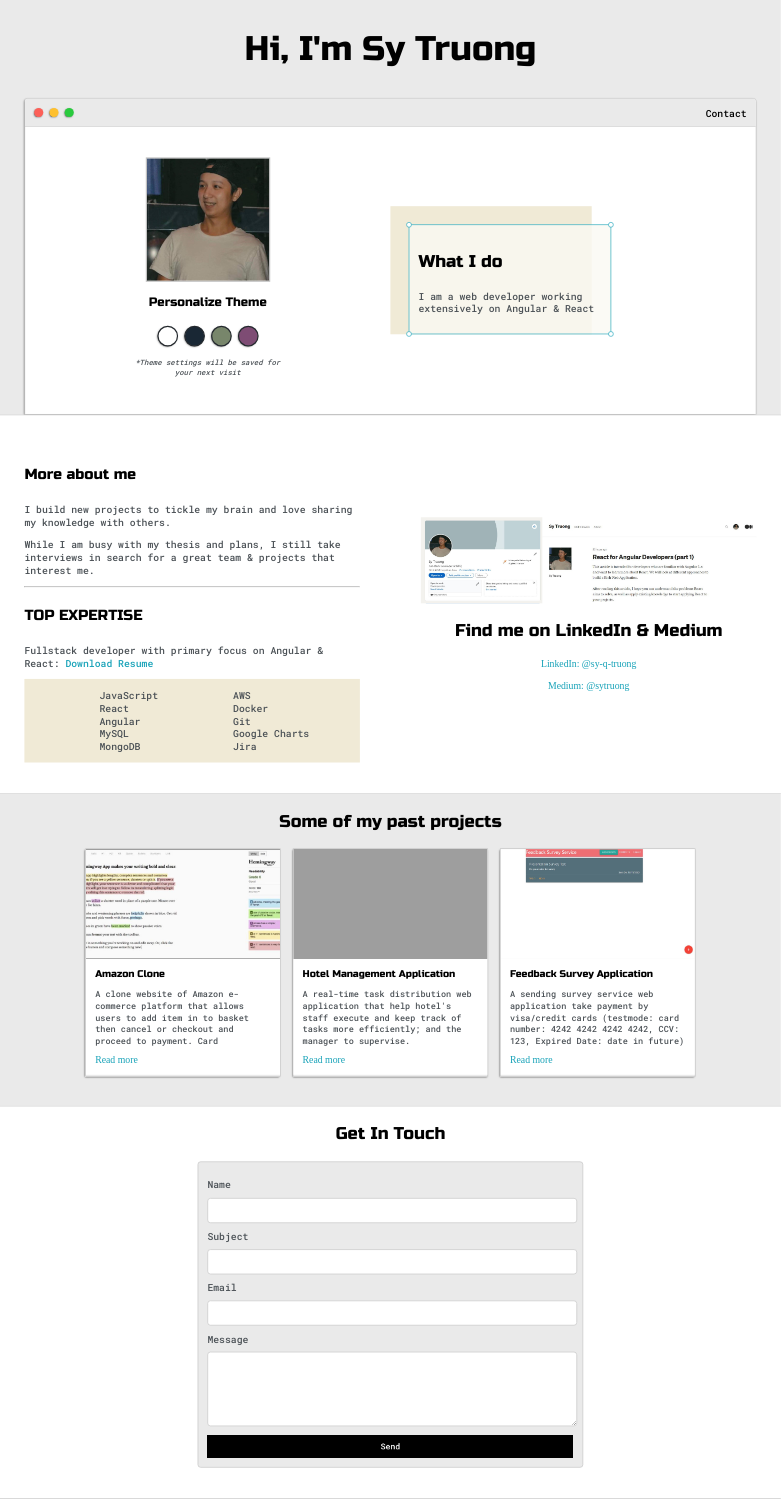
Repository: syytruong/porfolio
Page: index.html
The author's editor kept a copy of each file at every save. The page is drawn from the files as they stood at one save, then again after a run of saves.
The browser window is 1280 px wide. The pictures show the whole page, at 61% of full size.
Pictures or frames that could not be fetched are drawn as grey boxes.

Above is the page before, as saved 2021-03-09 23:56:52.
Console error: ReferenceError: emailjs is not defined

### index.html
<!DOCTYPE html>
<html>
    <head>
        <title>Sy Truong</title>
        <meta name="viewport" content="width=device-width,
        initial-scale=1, maximum-scale=1, minimum-scale=1" />

        <link href="https://fonts.googleapis.com/css2?family=Russo+One&display=swap" rel="stylesheet">

        <link href="https://fonts.googleapis.com/css2?family=Roboto+Mono:wght@500&family=Russo+One&display=swap" rel="stylesheet">

        <link rel="stylesheet" type="text/css" href="default.css" >

        <link id="theme-style" rel="stylesheet" type="text/css" href="" >

    </head>
    <body>

        <section class="s1">
            <div class="main-container">
                <div class="greeting-wrapper">
                    <h1>Hi, I'm Sy Truong</h1>
                </div>

                <div class="intro-wrapper">
                    <div class="nav-wrapper">
                        <div class="dots-wrapper">
                            <div id="dot-1" class="browser-dot"></div>
                            <div id="dot-2" class="browser-dot"></div>
                            <div id="dot-3" class="browser-dot"></div>
                        </div>

                        <ul id="navigation">
                            <li><a href="#contact-form">Contact</a></li>
                        </ul>
                    </div>

                    <div class="left-column">
                        <img id="profile_pic" src="images/profile-pic.jpg">
                        <h5 style="text-align:center; line-height: 0;">Personalize Theme</h5>

                        <div id="theme-options-wrapper">
                            <div data-mode="light" id="light-mode" class="theme-dot"></div>
                            <div data-mode="blue" id="blue-mode" class="theme-dot"></div>
                            <div data-mode="green" id="green-mode" class="theme-dot"></div>
                            <div data-mode="purple" id="purple-mode" class="theme-dot"></div>
                        </div>

                        <p id="settings-note">*Theme settings will be saved for<br>your next visit</p>
                    </div>

                    <div class="right-column">

                        <div id="preview-shadow">
                            <div id="preview">
                                <div id="corner-tl" class="corner"></div>
                                <div id="corner-tr" class="corner"></div>
                                <h3>What I do</h3>
                                <p>I am a web developer working extensively on Angular & React</p>
                                <div id="corner-br" class="corner"></div>
                                <div id="corner-bl" class="corner"></div>
                            </div>
                        </div>
                    </div>

                </div>
            </div>
        </section>

        <section class="s2">
            <div class="main-container">
                <div class="about-wrapper">
                    <div class="about-me">
                        <h4>More about me</h4>

                        <p>I build new projects to tickle my brain
                        and love sharing my knowledge with others.</p>

                        <p>While I am busy with my thesis and plans, I still
                        take interviews in search for a great team & projects
                        that interest me.</p>

                        <hr>

                        <h4>TOP EXPERTISE</h4>

                        <p>Fullstack developer with primary focus on Angular &
                        React: <a target="_blank" href="Resume-SyTruong.pdf">Download
                        Resume</a></p>

                        <div id="skills">
                            <ul>
                                <li>JavaScript</li>
                                <li>React</li>
                                <li>Angular</li>
                                <li>MySQL</li>
                                <li>MongoDB</li>
                            </ul>

                            <ul>
                                <li>AWS</li>
                                <li>Docker</li>
                                <li>Git</li>
                                <li>Google Charts</li>
                                <li>Jira</li>
                            </ul>
                        </div>
                    </div>

                    <div class="social-links">
                        <img id="social_image" src="images/follows.jpg" >
                        <h3>Find me on LinkedIn & Medium</h3>

                        <a target="_blank" href="https://www.linkedin.com/in/sy-q-truong/">LinkedIn: @sy-q-truong</a>
                        <br>
                        <a target="_blank" href="https://sytruong.medium.com/">Medium: @sytruong</a>
                    </div>
                </div>
            </div>
        </section>

        <section class="s1">
            <div class="main-container">
                <h3 style="text-align: center;">Some of my past
                projects</h3>

                <div class="post-wrapper">

                    <div>
                        <div class="post">
                            <img class="thumbnail" src="images/intellinote.jpg">
                            <div class="post-preview">
                                <h6 class="post-title">Amazon Clone</h6>
                                <p class="post-intro">A clone website of Amazon e-commerce
									platform that allows users to add item in to basket then
									cancel or checkout and proceed to payment. Card</p>
                                <a href="https://github.com/make2514/intellinote">Read more</a>
                            </div>
                        </div>
                    </div>

                    <div>
                        <div class="post">
                            <img class="thumbnail" src="images/hotel-management.png">
                            <div class="post-preview">
                                <h6 class="post-title">Hotel Management Application</h6>
                                <p class="post-intro">A real-time task distribution web
                                application that help hotel's staff execute and keep track
                                of tasks more efficiently; and the manager to supervise.</p>
                                <a href="https://github.com/syytruong/hotel-management-project">Read more</a>
                            </div>
                        </div>
                    </div>

                    <div>
                        <div class="post">
                            <img class="thumbnail" src="images/survey-feedback.JPG">
                            <div class="post-preview">
                                <h6 class="post-title">Feedback Survey Application</h6>
                                <p class="post-intro">A sending survey service web application
                                take payment by visa/credit cards (testmode: card number: 4242
                                4242 4242 4242, CCV: 123, Expired Date: date in future)</p>
                                <a href="https://radiant-wave-47896.herokuapp.com/surveys#">Read more</a>
                            </div>
                        </div>
                    </div>

                </div>
            </div>
        </section>

        <section class="s2">
            <div class="main-container">
                <h3 style="text-align: center;">Get In Touch</h3>

                <form id="contact-form" method="post">
                    <label>Name</label>
                    <input class="input-field" type="text" name="name">

                    <label>Subject</label>
                    <input class="input-field" type="text" name="subject">

                    <label>Email</label>
                    <input class="input-field" type="text" name="email">

                    <label>Message</label>
                    <textarea class="input-field" name="message"></textarea>

                    <input id="submit-btn" type="submit" value="Send">
                    <div class="loader"></div>
                </form>

            </div>
        </section>

        <script type="text/javascript" src="https://cdn.jsdelivr.net/npm/emailjs-com@2/dist/email.min.js"></script>
        <script type="text/javascript">
            (function() {
                emailjs.init('user_Lo0f3AfhSxMuhWhPZ4k4G');
            })();
        </script>
        <script type="text/javascript" src="script.js"></script>

    </body>
</html>

### default.css
:root {
    --mainColor: #eaeaea;
    --secondaryColor: #fff;

    --borderColor: #c1c1c1;

    --mainText: black;
    --secondaryText: #4b5156;

    --themeDotBorder: #24292e;

    --previewBg: rgb(251, 249, 243, 0.8);
    --previewShadow: #f0ead6;

    --btnColor: black;
    --btnBorderColor: #000;
}

html {
    scroll-behavior: smooth;
}

html, body {
    padding: 0;
    margin: 0;
}

body * {
    transition: 0.3s;
}

h1, h2, h3, h4, h5, h6, strong {
    color: var(--mainText);
    font-family: 'Russo One', sans-serif;
    font-weight: 500;
}

p, li, span, label, input, textarea {
    color: var(--secondaryText);
    font-family: 'Roboto Mono', monospace;
}

a {
    text-decoration: none;
    color: #17a2b8;
}

ul {
    list-style: none;
}

h1 { font-size: 56px;}
h2 { font-size: 36px;}
h3 { font-size: 28px;}
h4 { font-size: 24px;}
h5 { font-size: 20px;}
h6 { font-size: 16px;}

.s1 {
    background-color: var(--mainColor);
    border-bottom: 1px solid var(--borderColor);
    overflow: auto;
}

.s2 {
    background-color: var(--secondaryColor);
    border-bottom: 1px solid var(--borderColor);
    overflow: auto;
}

.main-container {
    width: 1200px;
    margin: 0 auto;
}

.greeting-wrapper {
    display: grid;
    text-align: center;
    align-content: center;
    min-height: 10em;
}

.intro-wrapper {
    background-color: var(--secondaryColor);
    border: 1px solid var(--borderColor);
    border-radius: 5px 5px 0 0;

    -webkit-box-shadow: -1px 1px 3px -1px rgba(0,0,0,0.75);
    -moz-box-shadow: -1px 1px 3px -1px rgba(0,0,0,0.75);
    box-shadow: -1px 1px 3px -1px rgba(0,0,0,0.75);

    display: grid;
    grid-template-columns: 1fr 1fr;
    grid-template-areas:
        'nav-wrapper nav-wrapper'
        'left-column right-column'
    ;
}

.nav-wrapper {
    grid-area: nav-wrapper;
    border-bottom: 1px solid var(--borderColor);
    border-radius: 5px 5px 0 0;
    display: flex;
    justify-content: space-between;
    align-items: center;
    background-color: var(--mainColor);
}

#navigation a {
    color: var(--mainText);
}

#navigation {
    margin: 0;
    padding: 10px;
}

#navigation li {
    display: inline-block;
    margin-right: 5px;
    margin-left: 5px;
}

.dots-wrapper {
    display: flex;
    padding: 10px;
}

#dot-1 {
    background-color: #fc6058;
}

#dot-2 {
    background-color: #FEC02F;
}

#dot-3 {
    background-color: #2ACA3E;
}

.browser-dot {
    background-color: black;
    height: 15px;
    width: 15px;
    border-radius: 50%;
    margin: 5px;

    -webkit-box-shadow: -1px 1px 3px -1px rgba(0,0,0,0.75);
    -moz-box-shadow: -1px 1px 3px -1px rgba(0,0,0,0.75);
    box-shadow: -1px 1px 3px -1px rgba(0,0,0,0.75);
}

.left-column {
    grid-area: left-column;
    padding-top: 50px;
    padding-bottom: 50px;
}

#profile_pic {
    display: block;
    margin: 0 auto;

    height: 200px;
    width: 200px;
    object-fit: cover;
    border: 2px solid var(--borderColor);
}

#theme-options-wrapper {
    display: flex;
    justify-content: center;
}

.theme-dot {
    height: 30px;
    width: 30px;
    border-radius: 50%;

    margin: 5px;
    border: 2px solid var(--themeDotBorder);

    -webkit-box-shadow: -1px 1px 3px -1px rgba(0,0,0,0.75);
    -moz-box-shadow: -1px 1px 3px -1px rgba(0,0,0,0.75);
    box-shadow: -1px 1px 3px -1px rgba(0,0,0,0.75);

    cursor: pointer;
}

.theme-dot:hover {
    border-width: 5px;
}

#light-mode {
    background-color: #fff;
}

#blue-mode {
    background-color: #192734;
}

#green-mode {
    background-color: #78866b;
}

#purple-mode {
    background-color: #7E4C74;
}

#settings-note {
    font-size: 12px;
    font-style: italic;
    text-align: center;
}

.right-column {
    grid-area: right-column;
    display: grid;
    align-content: center;

    padding-top: 50px;
    padding-bottom: 50px;
}

#preview-shadow {
    background-color: var(--previewShadow);
    width: 300px;
    height: 180px;
    padding-left: 30px;
    padding-top: 30px;
}

#preview {
    width: 300px;
    border: 1.5px solid #17a2b8;
    background-color: var(--previewBg);
    padding: 15px;
    position: relative;
}

.corner {
    width: 7px;
    height: 7px;
    border-radius: 50%;
    border: 1.5px solid #17a2b8;
    background-color: #fff;
    position: absolute;
}

#corner-tl {
    top: -5px;
    left: -5px;
}

#corner-tr {
    top: -5px;
    right: -5px;
}

#corner-br {
    bottom: -5px;
    right: -5px;
}

#corner-bl {
    bottom: -5px;
    left: -5px;
}

.about-wrapper {
    display: grid;
    grid-template-columns: repeat(auto-fit, minmax(320px, 1fr));
    padding-bottom: 50px;
    padding-top: 50px;
    gap: 100px;
}

#skills {
    display: flex;
    justify-content: space-evenly;
    background-color: var(--previewShadow);
}

.social-links {
    display: grid;
    align-content: center;
    text-align: center;
}

#social_image {
    width: 100%;
}

.post-wrapper {
    display: grid;
    grid-template-columns: repeat(auto-fit, 320px);
    gap: 20px;
    justify-content: center;
    padding-bottom: 50px;
}

.post {
    border: 1px solid var(--borderColor);
    -webkit-box-shadow: -1px 1px 3px -1px rgba(0,0,0,0.75);
    -moz-box-shadow: -1px 1px 3px -1px rgba(0,0,0,0.75);
    box-shadow: -1px 1px 3px -1px rgba(0,0,0,0.75);
    height: 100%;
}

.thumbnail {
    display: block;
    width: 100%;
    height: 180px;
    object-fit: cover;
}

.post-preview {
    background-color: #fff;
    padding: 15px;
}

.post-title {
    color: black;
    margin: 0;
}

.post-intro {
    color: #4b5156;
    font-size: 14px;
}

#contact-form {
    display: block;
    max-width: 600px;
    margin: 0 auto;
    border: 1px solid var(--borderColor);
    padding: 15px;
    border-radius: 5px;
    background-color: var(--mainColor);
    margin-bottom: 50px;
}

#contact-form label {
    line-height: 2.7em;
}

#contact-form textarea {
    min-height: 100px;
    font-size: 14px;
}

input[type='submit'] {
    border: 0;
}

.input-field {
    width: 100%;
    padding-top: 10px;
    padding-bottom: 10px;
    background-color: var(--secondaryColor);
    border-radius: 5px;
    border: 1px solid var(--borderColor);
    font-size: 14px;
}

#submit-btn {
    margin-top: 10px;
    width: 100%;
    padding-top: 10px;
    padding-bottom: 10px;
    color: #fff;
    background-color: var(--btnColor);
    border: 0;
    cursor: pointer;
    will-change: transform;
	transition: all .2s ease;
}

#submit-btn:hover {
    border-width: 5px;
    border: solid #fff;
}

#submit-btn:active {
    font-size: 15px;
	transform: translateY(1px);
}

#submit-btn:focus {
    border: 0 !important;
}

.active {
    width: 100px !important;
    height: 50px !important;
    font-size: 0;
    border: 0;
	border-radius: 25px;
	width: 50px;
	background: transparent;
}

.loader {
    display: none;
    border: 5px solid #f3f3f3 !important;
    border-radius: 50% !important;
    border-top: 5px solid var(--btnColor) !important;
    width: 50px !important;
    height: 50px;
    outline: none im !important;
    margin-left: calc(50% - 15px) !important;
    background-color: #fff !important;
    -webkit-animation: spin 1s linear infinite;
    animation: spin 1s linear infinite;
}

.loader:hover {
    border: 0;
}

.success {
    background: #4BB543 !important;
	border-color: 0 !important;
	font-size: 14px;
	color: #fff;
}

.success:hover {
    border: 0;
}

@-webkit-keyframes spin {
    0% { -webkit-transform: rotate(0deg); }
    100% { -webkit-transform: rotate(360deg); }
}


@keyframes spin {
    0% {
        transform: rotateZ(0);
   }
    100% {
        transform: rotateZ(360deg);
   }
}


@media screen and (max-width: 1200px) {
    .main-container {
        width: 95%;
    }
}

@media screen and (max-width: 800px) {
    .intro-wrapper {

        grid-template-columns: 1fr;
        grid-template-areas:
            'nav-wrapper'
            'left-column'
            'right-column'
        ;
    }

    .right-column {
        justify-content: center;
    }
}

### script.js
let theme = localStorage.getItem('theme');

theme == null ? setTheme('light') : setTheme(theme);

let themeDots = document.getElementsByClassName('theme-dot');

for (var i = 0; themeDots.length > i; i++) {
    themeDots[i].addEventListener('click', function(){
        let mode = this.dataset.mode;
        setTheme(mode);
    })
}

function setTheme(mode) {
    switch (mode) {
        case 'light':
            document.getElementById('theme-style').href = 'default.css';
            break;
        case 'blue':
            document.getElementById('theme-style').href = 'blue.css';
            break;
        case 'green':
            document.getElementById('theme-style').href = 'green.css';
            break;
        case 'purple':
            document.getElementById('theme-style').href = 'purple.css';
            break;
    }

    localStorage.setItem('theme', mode);
}

window.onload = function() {
    document.getElementById('contact-form').addEventListener('submit', function(event) {
        event.preventDefault();

        emailjs.sendForm('service_458rago', 'template_fnagptr', '#contact-form')
            .then(function() {
                sendSuccess();
            }, function(error) {
                alert('Cannot send email. Error: ', error);
            });
    });

    function sendSuccess() {
        let submitBtn = document.querySelector('#submit-btn');
        if (submitBtn.classList.contains('active') || submitBtn.classList.contains('success')) {
            return false;
        }

        submitBtn.classList.add('active');
        setTimeout(() => {
			document.querySelector('.loader').style.display = "block";
            document.querySelector('#submit-btn').style.display = "none";
		}, 125);
        setTimeout(() => {
			document.querySelector('.loader').style.display = "none";
            document.querySelector('#submit-btn').style.display = "";
            submitBtn.classList.remove('active');
			submitBtn.value = "Success!";
			submitBtn.classList.add("success");
		}, 1800);
        setTimeout(() => {
			submitBtn.value = "Send";
			submitBtn.classList.remove("success");
			submitBtn.blur();
		}, 3000);
    }

}

After the next 9 saves:
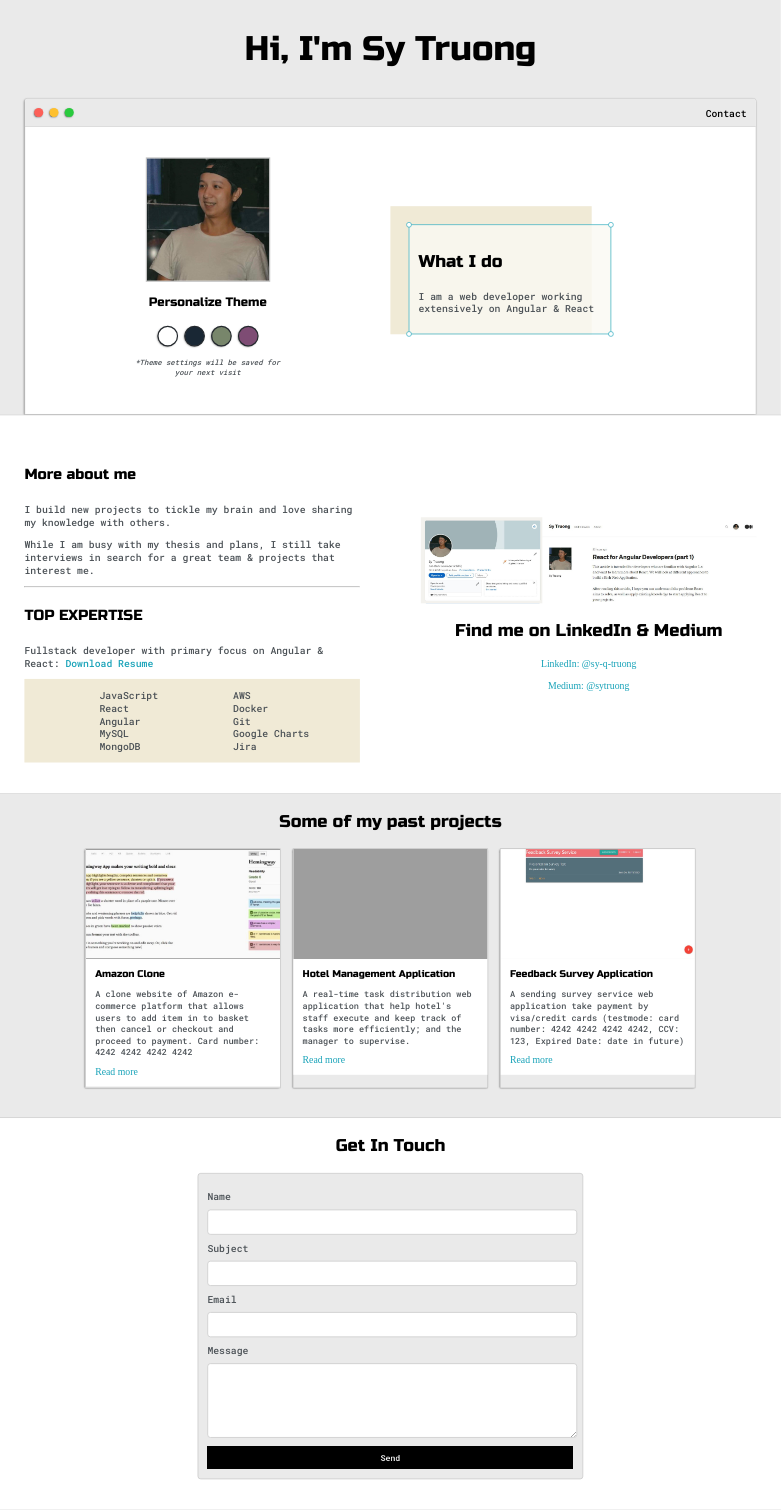
The 9 saves are shown as one change because they came seconds apart.
The last was saved 15 s later.
--- a/index.html
+++ b/index.html
@@ -133,7 +133,8 @@
                                 <h6 class="post-title">Amazon Clone</h6>
                                 <p class="post-intro">A clone website of Amazon e-commerce
 									platform that allows users to add item in to basket then
-									cancel or checkout and proceed to payment. Card</p>
+									cancel or checkout and proceed to payment. Card number:
+									4242 4242 4242 4242 </p>
                                 <a href="https://github.com/make2514/intellinote">Read more</a>
                             </div>
                         </div>
